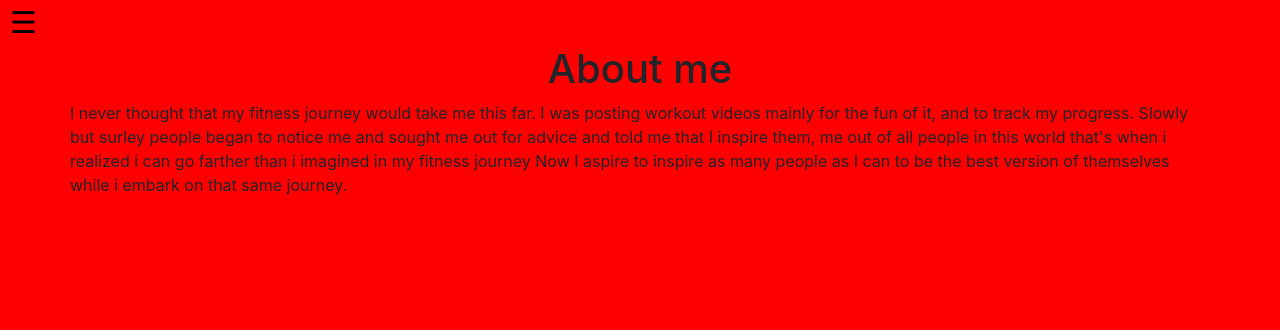
Repository: mamadont/MamadouFitnessWebsite
Page: pages-html/about-me.html
The author's editor kept a copy of each file at every save. The page is drawn from the files as they stood at one save, then again after the next save.
The browser window is 1280 px wide. The pictures show the whole page.
Some web libraries are served in a nearby version.

Above is the page before, as saved 2020-07-08 22:58:42.

### pages-html/about-me.html
<!DOCTYPE html>
<html>

<head>
    <title>Mamadou Fitness</title>
    <link rel="stylesheet" href='../pages-css/about-me.css'>
    <meta name="viewport" content="width=device-width, initial-scale=1.0">

    <!-- Bootstrap -->
    <link rel="stylesheet" href="https://stackpath.bootstrapcdn.com/bootstrap/4.5.0/css/bootstrap.min.css" integrity="sha384-9aIt2nRpC12Uk9gS9baDl411NQApFmC26EwAOH8WgZl5MYYxFfc+NcPb1dKGj7Sk" crossorigin="anonymous">
    <!-- Animate.CSS-->
    <link rel="stylesheet" href="https://cdnjs.cloudflare.com/ajax/libs/animate.css/4.0.0/animate.min.css" />
    <!-- Font Awesome -->
    <script src="https://kit.fontawesome.com/0a51dc7bb6.js" crossorigin="anonymous"></script>
</head>

<body>
    <!-- Parent container-->
    <div id="main" class="bg animate__animated animate__slideInLeft">
        <!-- Hamburger Icon-->
        <span class="menu-icon" onclick="openNav()">&#9776; </span>

        <!-- About me content-->
        <div class="container">
            <div class="row justify-content-center">
                <h1 id="header"> About me</h1>
            </div>
            <div class="row">
                <div>
                    <p>I never thought that my fitness journey would take me this far. I was posting workout videos mainly for the fun of it, and to track my progress. Slowly but surley people began to notice me and sought me out for advice and told me that
                        I inspire them, me out of all people in this world that's when i realized i can go farther than i imagined in my fitness journey Now I aspire to inspire as many people as I can to be the best version of themselves while i embark
                        on that same journey.</p>
                </div>
            </div>

        </div>
    </div>

    <!-- Side menu-->
    <div id="myNav" class="overlay">
        <a href="javascript:void(0)" class="closebtn" onclick="closeNav()">&times;</a>
        <div class="overlay-content">
            <!-- Menu Options -->
            <a href="../index.html">Home</a>
            <a href="./pages-html/about-me.html">About me</a>
            <a href="./social-media.html">Social Media</a>
            <a href="#">Workout Programs</a>
            <a href="#">Shop</a>
            <a href="./contact-me.html">Apply for Coaching</a>
        </div>
    </div>

    <!-- Javascript for this page-->
    <script src="../scripts/script.js"></script>
    <!-- Necessary script tags for Bootstrap-->
    <script src="https://code.jquery.com/jquery-3.5.1.slim.min.js" integrity="sha384-DfXdz2htPH0lsSSs5nCTpuj/zy4C+OGpamoFVy38MVBnE+IbbVYUew+OrCXaRkfj" crossorigin="anonymous"></script>
    <script src="https://cdn.jsdelivr.net/npm/popper.js@1.16.0/dist/umd/popper.min.js" integrity="sha384-Q6E9RHvbIyZFJoft+2mJbHaEWldlvI9IOYy5n3zV9zzTtmI3UksdQRVvoxMfooAo" crossorigin="anonymous"></script>
    <script src="https://stackpath.bootstrapcdn.com/bootstrap/4.5.0/js/bootstrap.min.js" integrity="sha384-OgVRvuATP1z7JjHLkuOU7Xw704+h835Lr+6QL9UvYjZE3Ipu6Tp75j7Bh/kR0JKI" crossorigin="anonymous"></script>
</body>

</html>

### pages-css/about-me.css
/* Background Image */

body,
html {
    height: 100%;
    overflow-y: hidden;
    overflow-x: hidden;
}

.bg {
    /* The image used */
    background-color: #FF0000;
    /* Full height */
    height: 100%;
    /* Center and scale the image nicely */
    background-position: center;
    background-repeat: no-repeat;
    background-size: cover;
    z-index: -1;
}


/* Hamburger (Menu) icon */

.menu-icon {
    font-size: 30px;
    cursor: pointer;
    padding-left: 10px;
    color: black;
    height: 300px;
    width: 300px;
}


/* About me header */

#about-me-header {
    text-align: center;
}


/* Menu overlay */

.overlay {
    height: 100%;
    width: 0;
    position: fixed;
    z-index: 1;
    top: 0;
    left: 0;
    background-color: black;
    overflow-x: hidden;
    transition: 0.5s;
}

.overlay-content {
    position: relative;
    top: 25%;
    width: 100%;
    text-align: center;
    margin-top: 30px;
}

.overlay a {
    padding: 8px;
    text-decoration: none;
    font-size: 36px;
    color: #818181;
    display: block;
    transition: 0.3s;
}

.overlay a:hover,
.overlay a:focus {
    color: red;
    text-decoration: none;
}

.overlay .closebtn {
    position: absolute;
    top: 20px;
    right: 45px;
    font-size: 60px;
}

@media screen and (max-height: 450px) {
    .overlay a {
        font-size: 20px
    }
    .overlay .closebtn {
        font-size: 40px;
        top: 15px;
        right: 35px;
    }
}


/* About me content */

#header {
    text-align: center;
}

### scripts/script.js
function openNav() {
    // Changes width based on the width of the viewport (30% for larger screens, 100% for smaller screens)
    if (window.innerWidth < 1280) {
        document.getElementById("myNav").style.width = "100%";
    } else {
        document.getElementById("myNav").style.width = "30%";
    }

    document.getElementById("main").style.opacity = 0.5;



}

function closeNav() {
    document.getElementById("myNav").style.width = "0%";
    document.getElementById("main").style.opacity = 1.0
}

After the next save:
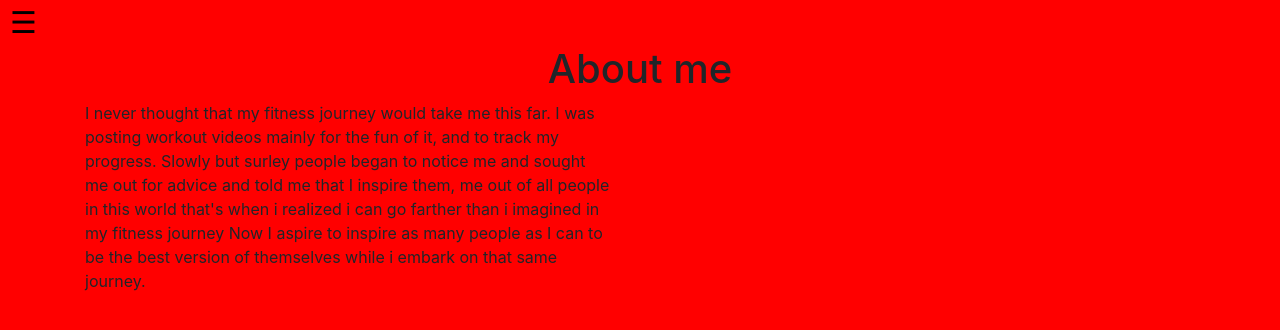
Saved 51 s later.
--- a/pages-html/about-me.html
+++ b/pages-html/about-me.html
@@ -25,7 +25,7 @@
             <div class="row justify-content-center">
                 <h1 id="header"> About me</h1>
             </div>
-            <div class="row">
+            <div class="row col-6">
                 <div>
                     <p>I never thought that my fitness journey would take me this far. I was posting workout videos mainly for the fun of it, and to track my progress. Slowly but surley people began to notice me and sought me out for advice and told me that
                         I inspire them, me out of all people in this world that's when i realized i can go farther than i imagined in my fitness journey Now I aspire to inspire as many people as I can to be the best version of themselves while i embark

After the 4 saves that followed:
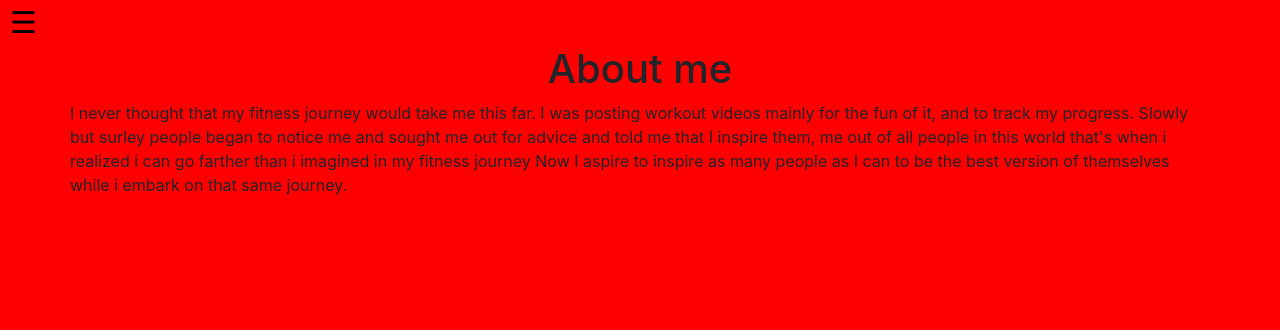
The 4 saves are shown as one change because 3 left the picture as it was.
The last was saved 52 s later.
--- a/pages-html/about-me.html
+++ b/pages-html/about-me.html
@@ -22,10 +22,13 @@
 
         <!-- About me content-->
         <div class="container">
+            <!-- Header -->
             <div class="row justify-content-center">
                 <h1 id="header"> About me</h1>
             </div>
-            <div class="row col-6">
+
+            <!-- About me description -->
+            <div class="row justify-content-center">
                 <div>
                     <p>I never thought that my fitness journey would take me this far. I was posting workout videos mainly for the fun of it, and to track my progress. Slowly but surley people began to notice me and sought me out for advice and told me that
                         I inspire them, me out of all people in this world that's when i realized i can go farther than i imagined in my fitness journey Now I aspire to inspire as many people as I can to be the best version of themselves while i embark
